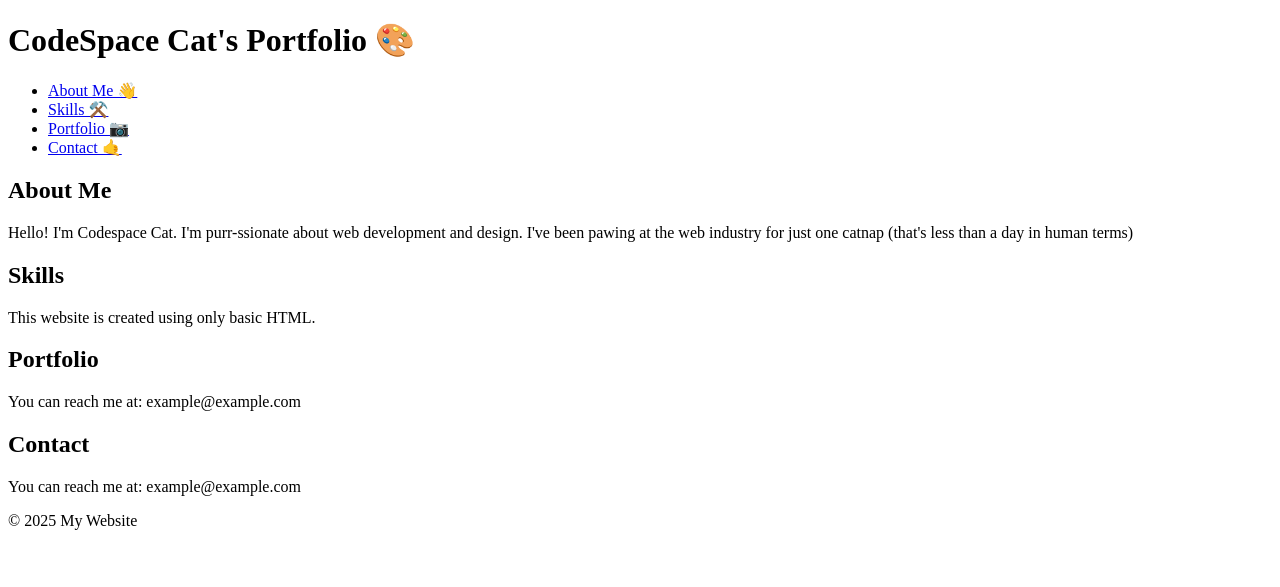
Repository: andajonas/Module_04_ANDJON25111_fto2502_A2_Anda-Jonas_SDF02
Page: index.html
These files come from the project's save history. The page is drawn as it stood at one moment and after a run of saves; the edit follows.
The browser window is 1280 px wide. The pictures show the whole page.

Above is the page before, as saved 2025-03-05 09:08:40.

After the next 2 saves:
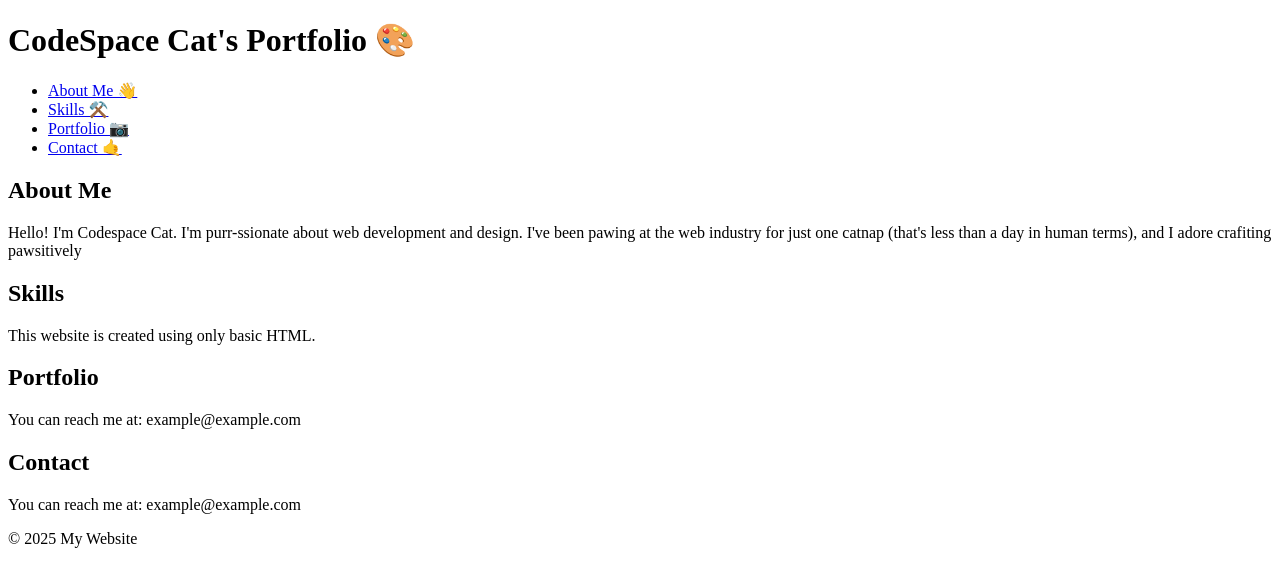
The 2 saves are shown as one change because they came seconds apart.
The last was saved 13 s later.
--- a/index.html
+++ b/index.html
@@ -17,7 +17,7 @@
     </nav>
     <section id="about me">
         <h2>About Me</h2>
-        <p>Hello! I'm Codespace Cat. I'm purr-ssionate about web development and design. I've been pawing at the web industry for just one catnap (that's less than a day in human terms) </p>
+        <p>Hello! I'm Codespace Cat. I'm purr-ssionate about web development and design. I've been pawing at the web industry for just one catnap (that's less than a day in human terms), and I adore crafiting pawsitively </p>
     </section>
     <section id="skills">
         <h2>Skills</h2>
